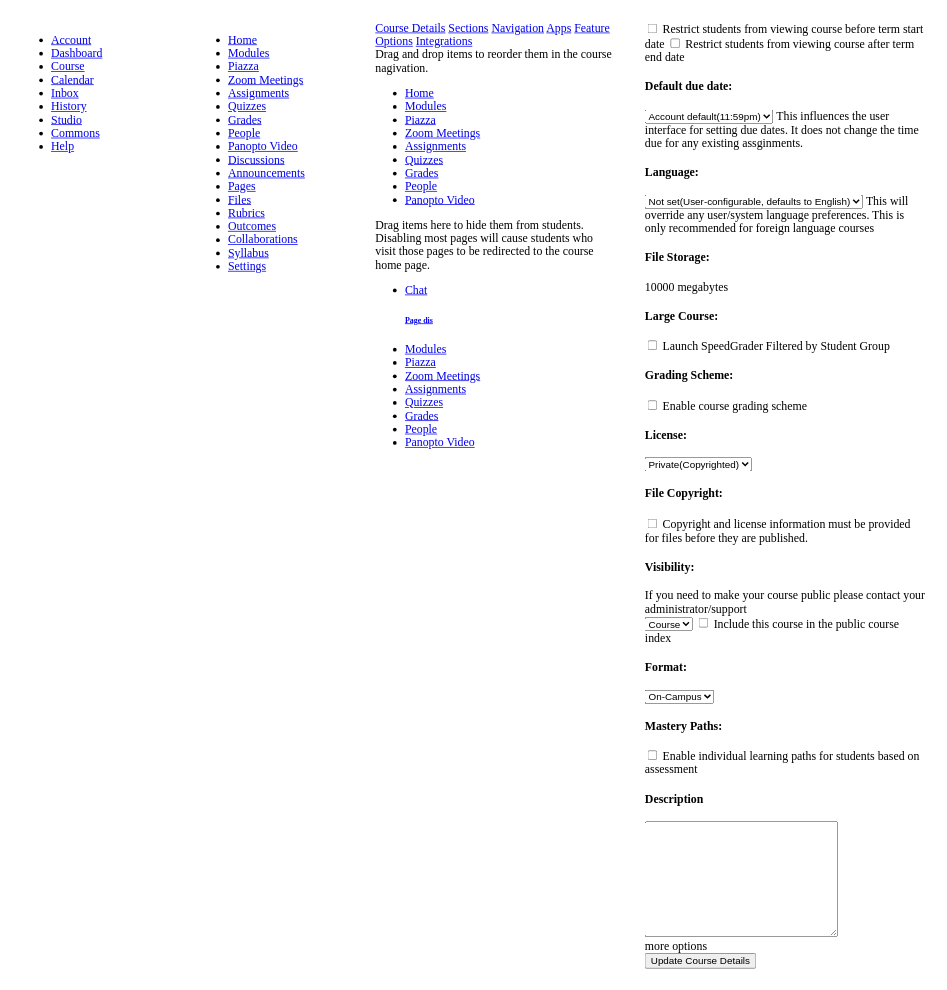
Repository: yuqiant/kanbas-react-web-app
Page: public/kanbas/navigationtab.html
An editor plug-in stored every save of this project. The page is shown before and after the next save, followed by the edit.
The browser window is 1280 px wide. The pictures show the whole page, at 74% of full size.

Above is the page before, as saved 2023-09-16 16:19:32.

After the next save:
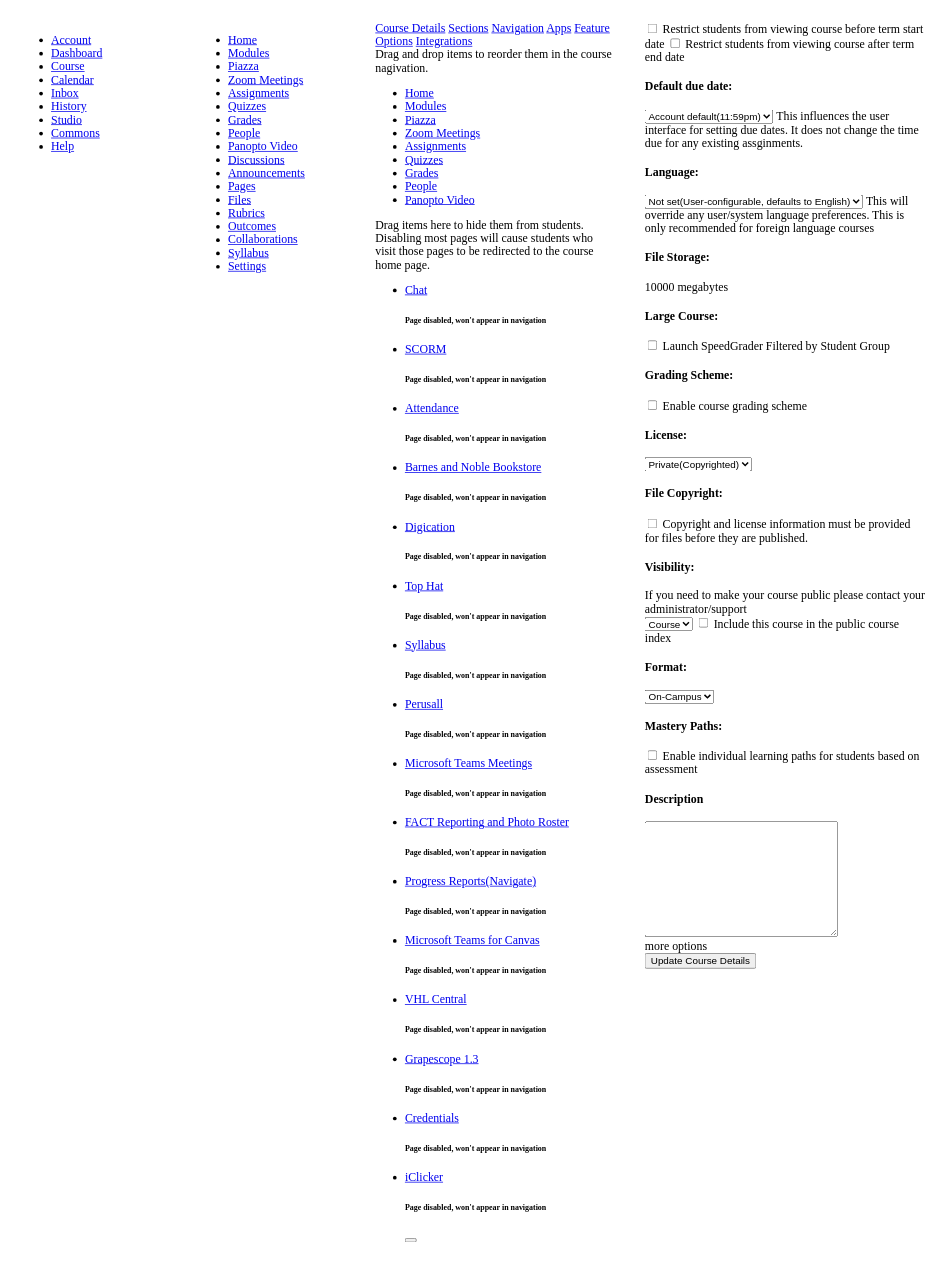
Saved 9 min 8 s later.
--- a/public/kanbas/navigationtab.html
+++ b/public/kanbas/navigationtab.html
@@ -82,15 +82,40 @@
                 <div>Drag items here to hide them from students.</div>
                 Disabling most pages will cause students who visit those pages to be redirected to the course home page.
                 <ul>
-                    <li><a href="#">Chat<h6>Page dis</h6></a></li>
-                    <li><a href="#">Modules</a></li>
-                    <li><a href="#">Piazza</a></li>
-                    <li><a href="#">Zoom Meetings</a></li>
-                    <li><a href="#">Assignments</a></li>
-                    <li><a href="#">Quizzes</a></li>
-                    <li><a href="#">Grades</a></li>
-                    <li><a href="#">People</a></li>
-                    <li><a href="#">Panopto Video</a></li>
+                    <li><a href="#">Chat</a></li>
+                    <h6>Page disabled, won't appear in navigation</h6>
+                    <li><a href="#">SCORM</a></li>
+                    <h6>Page disabled, won't appear in navigation</h6>
+                    <li><a href="#">Attendance</a></li>
+                    <h6>Page disabled, won't appear in navigation</h6>
+                    <li><a href="#">Barnes and Noble Bookstore</a></li>
+                    <h6>Page disabled, won't appear in navigation</h6>
+                    <li><a href="#">Digication</a></li>
+                    <h6>Page disabled, won't appear in navigation</h6>
+                    <li><a href="#">Top Hat</a></li>
+                    <h6>Page disabled, won't appear in navigation</h6>
+                    <li><a href="#">Syllabus</a></li>
+                    <h6>Page disabled, won't appear in navigation</h6>
+                    <li><a href="#">Perusall</a></li>
+                    <h6>Page disabled, won't appear in navigation</h6>
+                    <li><a href="#">Microsoft Teams Meetings</a></li>
+                    <h6>Page disabled, won't appear in navigation</h6>
+                    <li><a href="#">FACT Reporting and Photo Roster</a></li>
+                    <h6>Page disabled, won't appear in navigation</h6>
+                    <li><a href="#">Progress Reports(Navigate)</a></li>
+                    <h6>Page disabled, won't appear in navigation</h6>
+                    <li><a href="#">Microsoft Teams for Canvas</a></li>
+                    <h6>Page disabled, won't appear in navigation</h6>
+                    <li><a href="#">VHL Central</a></li>
+                    <h6>Page disabled, won't appear in navigation</h6>
+                    <li><a href="#">Grapescope 1.3</a></li>
+                    <h6>Page disabled, won't appear in navigation</h6>
+                    <li><a href="#">Credentials</a></li>
+                    <h6>Page disabled, won't appear in navigation</h6>
+                    <li><a href="#">iClicker</a></li>
+                    <h6>Page disabled, won't appear in navigation</h6>
+
+                    <button></button>
                 </ul>
 
 
